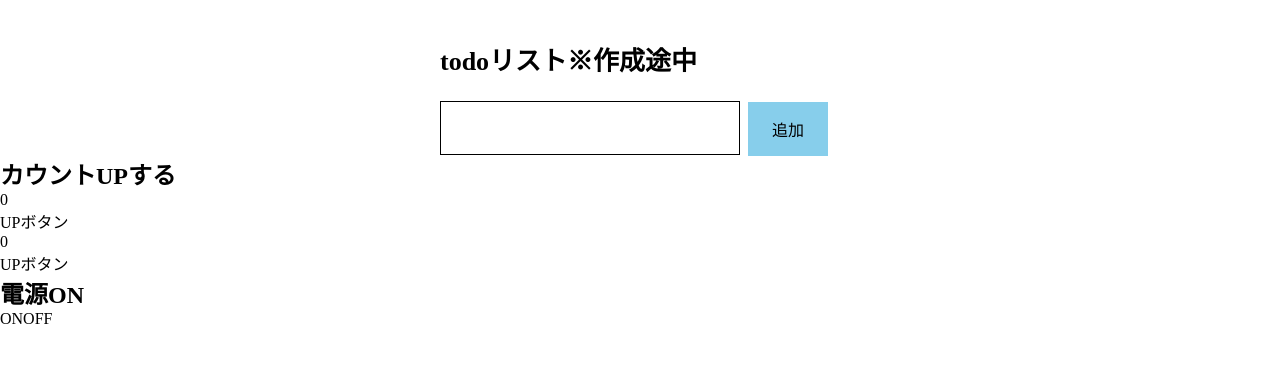
Repository: FujieRyou/react_practice
Page: /
An editor plug-in stored every save of this project. The page is shown before and after a run of saves, followed by the edit.
The browser window is 1280 px wide. The pictures show the whole page.
The project was rebuilt for these pictures with package versions that can differ from the ones it lists, and the page was loaded fresh each time. Also part of the build but not shown: vite.config.js, src/components/testComponent.jsx, src/components/props1.jsx, src/components/profile.jsx, src/components/ivent.jsx, src/components/inputInterlocking.jsx, src/components/ShuffleNumArray.jsx.

Above is the page before, as saved 2023-01-23 14:16:14.

### src/App.jsx
import { useEffect } from "react"
import { useRef } from "react"
import { useState } from "react"
import TestComponent from "./components/testComponent"
import styles from "./scss/style.scss"
import Todolist from "./components/todoComponent"
import CountUp from "./components/countUp"
import SwitchFlag from "./components/switchFlag"
import PropsPractice from "./components/props1"
import Profile from "./components/profile"
import ChangeIvent from "./components/ivent"
import InputInterlocking from "./components/inputInterlocking"
import ShuffleNumArray from "./components/ShuffleNumArray"


const App = () =>{
  const profileInfo = [
    {name:"Takasi",age:20,from:"大阪"},
    {name:"Hirosi",age:19,from:"東京"},
    {name:"Musasi",age:21,from:"名古屋"},
]


  return(
    <div>
      {/* todolist作成中 */}
      <Todolist />

      {/* 押すたびにcountがupする(useState練習) */}
      < CountUp />

      {/* 押すたびにON,OFFがきりかわる(useState練習) */}
      <SwitchFlag />

    {/* props練習 */}
    {/* <PropsPractice color="red"/>
    <PropsPractice num={123}/>

    <Profile
      name={profileInfo[0].name}
      age={profileInfo[0].age}
      from={profileInfo[0].from}
    />

    <Profile
      {...profileInfo[1]}
    />

    <Profile/>

    <ChangeIvent />

    <InputInterlocking />

    <ShuffleNumArray /> */}

    </div>






  )
}


export default App

### src/scss/style.scss
@forward "_ress";

input{
    border: solid 1px black;
    width: 200px;
    height: 32px;
}

.btn{
    width: 56px;
    height: 32px;
    background-color: aquamarine;
}

.list{
    width: 200px;
    height: 100px;
    background-color: tomato;
    border: solid 1px skyblue;
    padding: 10px 12px;
    list-style-type: none;
}

.component{
    width: 200px;
    height: 150px;
    border: solid 5px green;
    color: green;
}
.component.red{
    width: 200px;
    height: 150px;
    border: solid 5px red;
    color: red;
}

.mouseInOut{
    width: 200px;
    height: 200px;
    background-color: aquamarine;
    margin-top: 20px;
}

.todoWrap{
    width: 400px;
    height: auto;
    margin: 0 auto;
    padding-top: 40px;
    h2{
        font-size: 26px;
    }
}

.addBtn{
    width: 80px;
    height: 54px;
    background-color: skyblue;
    margin-left: 8px;
}

.txtArea{
    width: 300px;
    height: 54px;
    margin-top: 24px;
    font-size: 24px;
}

.additionBtn{
    width: 40px;
    height: 40px;
    background-color: skyblue;
    margin-left: 4px;
}

### src/components/todoComponent.jsx
import style from "../scss/style.scss"
import { useState } from "react";

const Todolist = () =>{
    const [val, setVal] = useState();

    return(
        <div className="todoWrap">
            <h2>todoリスト※作成途中</h2>
            <input type="text" id="txtArea" className="txtArea" />
            <button type="button" id="addBtn" className="addBtn">追加</button>
            <div id="listWrap">
            </div>
        </div>
    )
}

export default Todolist;

### src/components/countUp.jsx
import { useState } from "react"

const CountUp = () =>{
    // ユーザの動きに合わせて変わる値のことをstateという。
    // useStateは値を保持、更新ができる
    const [count,setCount] = useState(0);
    const [count2,setCount2] = useState(0);
    return(
        <div>
            <h2>カウントUPする</h2>
            <p>{count}</p>
            <button onClick={()=>{setCount(count+1)}}>UPボタン</button>
            <p>{count2}</p>
            <button onClick={()=>{setCount2(count2+1)}}>UPボタン</button>
        </div>
    )
}


export default CountUp;

### src/components/switchFlag.jsx
import { useState } from "react"

const SwitchFlag = () =>{
    const [onOff,setOnOff] = useState(flg(true))
    function flg(btn){
        return (btn ? "ON" : "OFF")
    }
    return(
        <div>
            <h2>電源{onOff}</h2>
            <button onClick={()=>{setOnOff(flg(true))}}>ON</button>
            <button onClick={()=>{setOnOff(flg(false))}}>OFF</button>
        </div>
    )
}

export default SwitchFlag

### src/scss/_ress.scss
/*!
 * ress.css • v4.0.0
 * MIT License
 * github.com/filipelinhares/ress
 */

/* # =================================================================
   # Global selectors
   # ================================================================= */

   html {
    box-sizing: border-box;
    -webkit-text-size-adjust: 100%; /* Prevent adjustments of font size after orientation changes in iOS */
    word-break: normal;
    -moz-tab-size: 4;
    tab-size: 4;
  }

  *,
  ::before,
  ::after {
    background-repeat: no-repeat; /* Set `background-repeat: no-repeat` to all elements and pseudo elements */
    box-sizing: inherit;
  }

  ::before,
  ::after {
    text-decoration: inherit; /* Inherit text-decoration and vertical align to ::before and ::after pseudo elements */
    vertical-align: inherit;
  }

  * {
    padding: 0; /* Reset `padding` and `margin` of all elements */
    margin: 0;
  }

  /* # =================================================================
     # General elements
     # ================================================================= */

  hr {
    overflow: visible; /* Show the overflow in Edge and IE */
    height: 0; /* Add the correct box sizing in Firefox */
    color: inherit; /* Correct border color in Firefox. */
  }

  details,
  main {
    display: block; /* Render the `main` element consistently in IE. */
  }

  summary {
    display: list-item; /* Add the correct display in all browsers */
  }

  small {
    font-size: 80%; /* Set font-size to 80% in `small` elements */
  }

  [hidden] {
    display: none; /* Add the correct display in IE */
  }

  abbr[title] {
    border-bottom: none; /* Remove the bottom border in Chrome 57 */
    /* Add the correct text decoration in Chrome, Edge, IE, Opera, and Safari */
    text-decoration: underline;
    text-decoration: underline dotted;
  }

  a {
    background-color: transparent; /* Remove the gray background on active links in IE 10 */
  }

  a:active,
  a:hover {
    outline-width: 0; /* Remove the outline when hovering in all browsers */
  }

  code,
  kbd,
  pre,
  samp {
    font-family: monospace, monospace; /* Specify the font family of code elements */
  }

  pre {
    font-size: 1em; /* Correct the odd `em` font sizing in all browsers */
  }

  b,
  strong {
    font-weight: bolder; /* Add the correct font weight in Chrome, Edge, and Safari */
  }

  /* https://gist.github.com/unruthless/413930 */
  sub,
  sup {
    font-size: 75%;
    line-height: 0;
    position: relative;
    vertical-align: baseline;
  }

  sub {
    bottom: -0.25em;
  }

  sup {
    top: -0.5em;
  }

  table {
    border-color: inherit; /* Correct border color in all Chrome, Edge, and Safari. */
    text-indent: 0; /* Remove text indentation in Chrome, Edge, and Safari */
  }

  /* # =================================================================
     # Forms
     # ================================================================= */

  input {
    border-radius: 0;
  }

  /* Replace pointer cursor in disabled elements */
  [disabled] {
    cursor: default;
  }

  [type='number']::-webkit-inner-spin-button,
  [type='number']::-webkit-outer-spin-button {
    height: auto; /* Correct the cursor style of increment and decrement buttons in Chrome */
  }

  [type='search'] {
    -webkit-appearance: textfield; /* Correct the odd appearance in Chrome and Safari */
    outline-offset: -2px; /* Correct the outline style in Safari */
  }

  [type='search']::-webkit-search-decoration {
    -webkit-appearance: none; /* Remove the inner padding in Chrome and Safari on macOS */
  }

  textarea {
    overflow: auto; /* Internet Explorer 11+ */
    resize: vertical; /* Specify textarea resizability */
  }

  button,
  input,
  optgroup,
  select,
  textarea {
    font: inherit; /* Specify font inheritance of form elements */
  }

  optgroup {
    font-weight: bold; /* Restore the font weight unset by the previous rule */
  }

  button {
    overflow: visible; /* Address `overflow` set to `hidden` in IE 8/9/10/11 */
  }

  button,
  select {
    text-transform: none; /* Firefox 40+, Internet Explorer 11- */
  }

  /* Apply cursor pointer to button elements */
  button,
  [type='button'],
  [type='reset'],
  [type='submit'],
  [role='button'] {
    cursor: pointer;
    color: inherit;
  }

  /* Remove inner padding and border in Firefox 4+ */
  button::-moz-focus-inner,
  [type='button']::-moz-focus-inner,
  [type='reset']::-moz-focus-inner,
  [type='submit']::-moz-focus-inner {
    border-style: none;
    padding: 0;
  }

  /* Replace focus style removed in the border reset above */
  button:-moz-focusring,
  [type='button']::-moz-focus-inner,
  [type='reset']::-moz-focus-inner,
  [type='submit']::-moz-focus-inner {
    outline: 1px dotted ButtonText;
  }

  button,
  html [type='button'], /* Prevent a WebKit bug where (2) destroys native `audio` and `video`controls in Android 4 */
  [type='reset'],
  [type='submit'] {
    -webkit-appearance: button; /* Correct the inability to style clickable types in iOS */
  }

  /* Remove the default button styling in all browsers */
  button,
  input,
  select,
  textarea {
    background-color: transparent;
    border-style: none;
  }

  a:focus,
  button:focus,
  input:focus,
  select:focus,
  textarea:focus {
    outline-width: 0;
  }

  /* Style select like a standard input */
  select {
    -moz-appearance: none; /* Firefox 36+ */
    -webkit-appearance: none; /* Chrome 41+ */
  }

  select::-ms-expand {
    display: none; /* Internet Explorer 11+ */
  }

  select::-ms-value {
    color: currentColor; /* Internet Explorer 11+ */
  }

  legend {
    border: 0; /* Correct `color` not being inherited in IE 8/9/10/11 */
    color: inherit; /* Correct the color inheritance from `fieldset` elements in IE */
    display: table; /* Correct the text wrapping in Edge and IE */
    max-width: 100%; /* Correct the text wrapping in Edge and IE */
    white-space: normal; /* Correct the text wrapping in Edge and IE */
    max-width: 100%; /* Correct the text wrapping in Edge 18- and IE */
  }

  ::-webkit-file-upload-button {
    /* Correct the inability to style clickable types in iOS and Safari */
    -webkit-appearance: button;
    color: inherit;
    font: inherit; /* Change font properties to `inherit` in Chrome and Safari */
  }

  /* # =================================================================
     # Specify media element style
     # ================================================================= */

  img {
    border-style: none; /* Remove border when inside `a` element in IE 8/9/10 */
  }

  /* Add the correct vertical alignment in Chrome, Firefox, and Opera */
  progress {
    vertical-align: baseline;
  }

  /* # =================================================================
     # Accessibility
     # ================================================================= */

  /* Specify the progress cursor of updating elements */
  [aria-busy='true'] {
    cursor: progress;
  }

  /* Specify the pointer cursor of trigger elements */
  [aria-controls] {
    cursor: pointer;
  }

  /* Specify the unstyled cursor of disabled, not-editable, or otherwise inoperable elements */
  [aria-disabled='true'] {
    cursor: default;
  }

### src/components/multipleState.jsx
import { useState } from "react"

const ToggleNum = () =>{
    const [countA,setCountA] = useState(0)
    const [countB,setCountB] = useState(0)
    let toggle = true
    const toggleBtn = () =>{
        toggle(prev => !prev);
        return (toggle ? countA : countB)
    }
    return(
        <div>
            <button type="button" onClick={toggleBtn}>toggle</button>
            <h2>{}</h2>

        </div>
    )
}

Loaded but not shown: index.html (common file); src/main.jsx (common file)

After the next 3 saves:
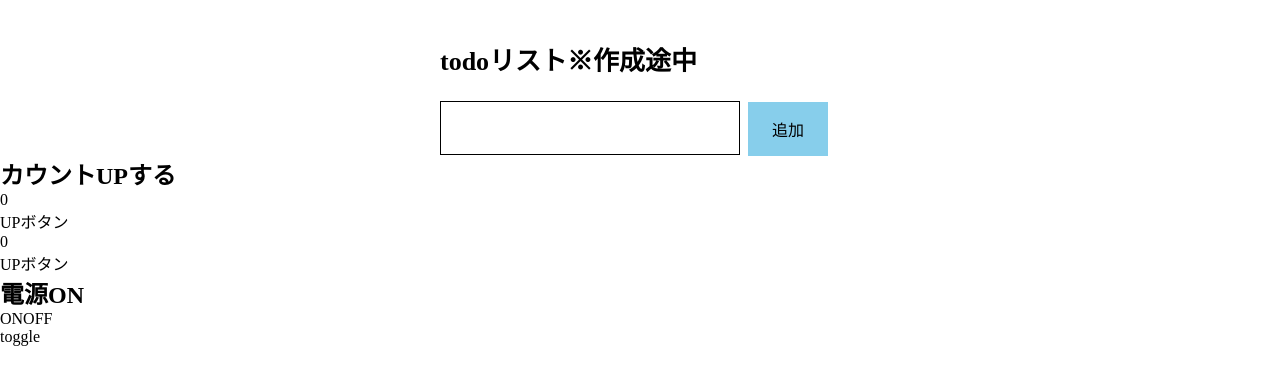
The 3 saves are shown as one change because 2 did not build or start.
The last was saved 81 s later.
--- a/src/App.jsx
+++ b/src/App.jsx
@@ -11,6 +11,7 @@ import Profile from "./components/profile"
 import ChangeIvent from "./components/ivent"
 import InputInterlocking from "./components/inputInterlocking"
 import ShuffleNumArray from "./components/ShuffleNumArray"
+import ToggleNum from "./components/multipleState"
 
 
 const App = () =>{
@@ -54,6 +55,9 @@ const App = () =>{
 
     <ShuffleNumArray /> */}
 
+  <ToggleNum />
+
+
     </div>
 
 
--- a/src/components/multipleState.jsx
+++ b/src/components/multipleState.jsx
@@ -16,3 +16,5 @@ const ToggleNum = () =>{
         </div>
     )
 }
+
+export default ToggleNum;
